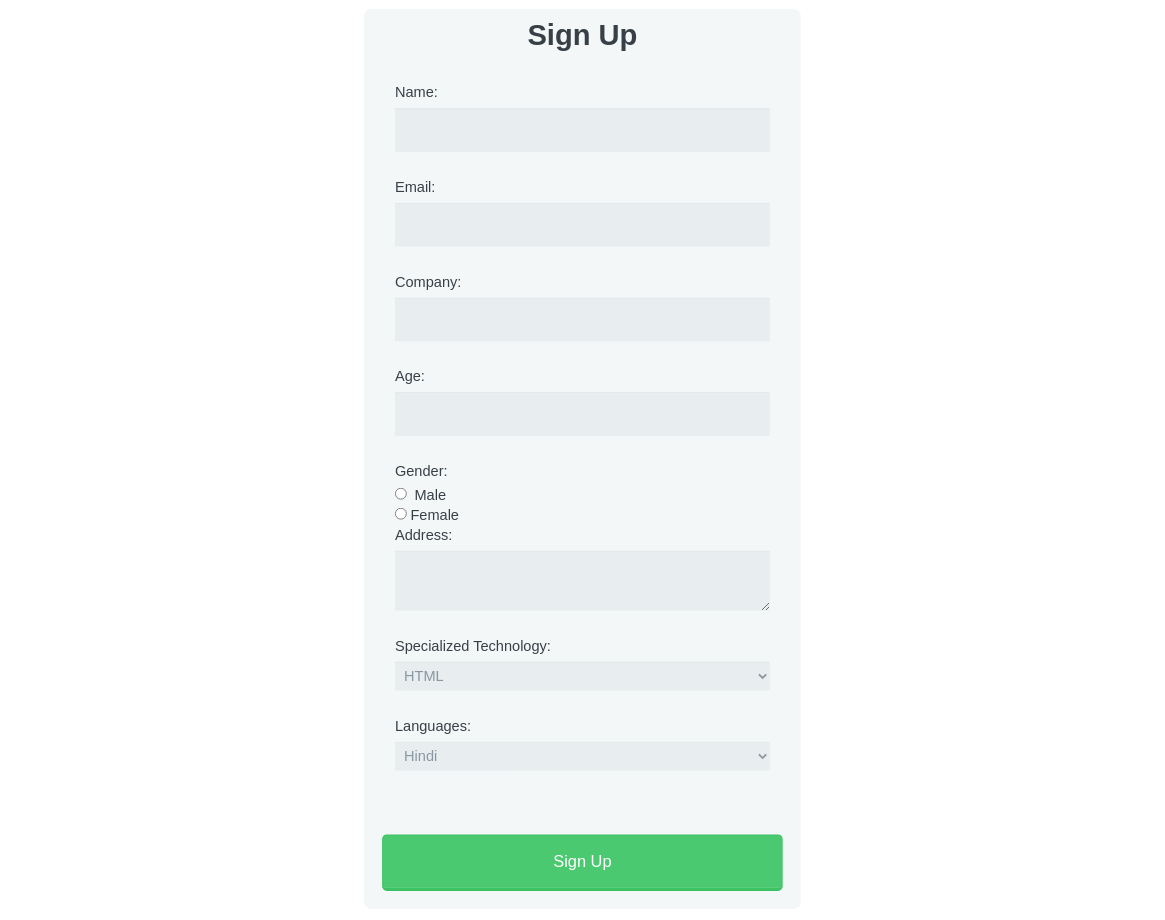
Repository: sunil965/JDBC-Servlet-JSP
Page: http://localhost/JspRegistrationTask/employee.jsp
An editor plug-in stored every save of this project. The page is shown before and after the next save, followed by the edit.
The browser window is 1280 px wide. The pictures show the whole page, at 91% of full size.
The page is served by Tomcat 9. Other server files are loaded and not shown.

Above is the page before, as saved 2017-05-04 11:08:28.

### JspRegistrationTask/WebContent/employee.jsp
<%@ page language="java" contentType="text/html; charset=UTF-8"
    pageEncoding="UTF-8"%>
<!DOCTYPE html PUBLIC "-//W3C//DTD HTML 4.01 Transitional//EN" "http://www.w3.org/TR/html4/loose.dtd">
<!-- <html>
<head>
<meta http-equiv="Content-Type" content="text/html; charset=UTF-8">
<title>employee registeration</title>

<script type="text/javascript">
function employeeValidate(){
	var name = document.getElementByName("uname").value;
	var addr = document.getElementByName("addr").value;
	var cmp = document.getElementByName("cmp").value;
	var age = document.getElementByName("age").value;
	var gender = document.getElementByName("gender").value;
	var domain = document.getElementByName("domain").value;
	var lang = document.getElementByName("lang").value;
	var x=document.getElementById("mail").value;
	var atposition=x.indexOf("@");
	var dotposition=x.lastIndexOf(".");

	if (atposition<1 || dotposition<atposition+2 || dotposition+2>=x.length){
		  alert("Please enter a valid e-mail address");
		  return false;
		  }
	if(name.length==null||name==" "||name.length<=3)
	{
	alert("Enter name");
	return false;
	}
	if(addr.length==null || addr.length==" "){
		alert("Address can't be empty !!");
		return false;
	}
	if(cmp.length==null || cmp.length==" "){
		alert("Company can't be empty !!");
		return false;
	}
	if(age.length==null || age.length==" "){
		alert("Age can't be empty !!");
		return false;
	}
	if(gender.length==null || gender.length==" "){
		alert("Gender can't be empty !!");
		return false;
	}
	if(domain.length==None || domain.length==" "){
		alert("Choose Any Technology !!");
		return false;
	}
	if(lang.length==None || lang.length==" "){
		alert("Company can't be empty !!");
		return false;
	}
	return true;
}

</script>

</head>
<body>
<div align="right"><a href="employeeDetails">Employee Details</a></div>
<div align="center">
 <h1>EMPLOYEE REGISTRATION</h1>
	<form action="employeeRegister" method="post" onsubmit="return employeeValidate()">
		UID : <input type="text" name="uid"><br><br>
		Name :<input type="text" name="uname" id="name"><br><br>
		Email_ID :<input type="email" name="mail" id="mail"><br><br>
		Address : <textarea rows="2" cols="20" name="address" id="addr"></textarea><br><br>
		Company: <input type="text" name="company" id="cmp"><br><br>
		Age : <input type="text" name="age" id="age"><br><br>
		Gender : <input type="radio" name="gender" value="male" checked id="gender"> Male
  				 <input type="radio" name="gender" value="female" id="gender"> Female<br><br><br>
		Specialized : <select name="specialized" id="domain">
						  <option value="">None</option>
						  <option value="C">C</option>
						  <option value="C++">C++</option>
						  <option value="C#">C#</option>
						  <option value="JAVA">JAVA</option>
						  <option value=".NET">.NET</option>
						  <option value="SQL">SQL</option>
						  <option value="ANDROID">ANDROID</option>
						  <option value="IOS">IOS</option>
						  <option value="PYTHON">PYTHON</option>
						  <option value="RUBY">RUBY</option>
						</select><br><br>
		Language : <select name="language" id="lang">
						  <option value="">None</option>
						  <option value="Hindi">Hindi</option>
						  <option value="English">English</option>
						  <option value="Punjabi">Punjabi</option>
						  <option value="Marathi">Marathi</option>
						  <option value="Tamil">Tamil</option>
						  <option value="Telgu">Telgu</option>
						  <option value="Bangali">Bangali</option>
						  <option value="Odia">Odia</option>
						</select><br><br>
						<input type="submit">
	</form>
  </div>
</body>
</html> -->
<html>
<head>
<title>employee_regis</title>
<style type="text/css">
*, *:before, *:after {
  -moz-box-sizing: border-box;
  -webkit-box-sizing: border-box;
  box-sizing: border-box;
}

body {
  font-family: 'Nunito', sans-serif;
  color: #384047;
}

form {
  max-width: 300px;
  margin: 10px auto;
  padding: 10px 20px;
  background: #f4f7f8;
  border-radius: 8px;
}

h1 {
  margin: 0 0 30px 0;
  text-align: center;
}

input[type="text"],
input[type="password"],
input[type="date"],
input[type="datetime"],
input[type="email"],
input[type="number"],
input[type="search"],
input[type="tel"],
input[type="time"],
input[type="url"],
textarea,
select {
  background: rgba(255,255,255,0.1);
  border: none;
  font-size: 16px;
  height: auto;
  margin: 0;
  outline: 0;
  padding: 15px;
  width: 100%;
  background-color: #e8eeef;
  color: #8a97a0;
  box-shadow: 0 1px 0 rgba(0,0,0,0.03) inset;
  margin-bottom: 30px;
}

input[type="radio"],
input[type="checkbox"] {
  margin: 0 4px 8px 0;
}

select {
  padding: 6px;
  height: 32px;
  border-radius: 2px;
}

button {
  padding: 19px 39px 18px 39px;
  color: #FFF;
  background-color: #4bc970;
  font-size: 18px;
  text-align: center;
  font-style: normal;
  border-radius: 5px;
  width: 100%;
  border: 1px solid #3ac162;
  border-width: 1px 1px 3px;
  box-shadow: 0 -1px 0 rgba(255,255,255,0.1) inset;
  margin-bottom: 10px;
}

fieldset {
  margin-bottom: 30px;
  border: none;
}

legend {
  font-size: 1.4em;
  margin-bottom: 10px;
}

label {
  display: block;
  margin-bottom: 8px;
}

label.light {
  font-weight: 300;
  display: inline;
}

@media screen and (min-width: 480px) {

  form {
    max-width: 480px;
  }

}
</style>
<script type="text/javascript"></script>
</head>
<body>
<form action="index.html" method="post">

        <h1>Sign Up</h1>

        <fieldset>
          <label for="name">Name:</label>
          <input type="text" id="name" name="user_name">

          <label for="mail">Email:</label>
          <input type="email" id="mail" name="user_email">

          <label for="password">Company:</label>
          <input type="text" id="password" name="user_password">

          <label >Age:</label>
          <input type="text" id="password" name="user_password">

          <label>Gender:</label>
          <input type="radio" id="male" value="male" name="male"><label for="under_13" class="light"> Male</label><br>
          <input type="radio" id="female" value="female" name="female"><label for="over_13" class="light">Female</label>



          <label for="bio">Address:</label>
          <textarea id="bio" name="user_bio"></textarea>


        <label for="job">Specialized Technology:</label>
        <select id="job" name="user_job">
          <optgroup label="Web">
            <option value="html">HTML</option>
            <option value="php_developor">PHP</option>
            <option value="python_developer">Python</option>
            <option value="rails_developer"> Rails</option>
            <option value="web_designer">Web Designer</option>
            <option value="WordPress_developer">WordPress Developer</option>
          </optgroup>
          <optgroup label="Mobile">
            <option value="Android_developer">Androild</option>
            <option value="iOS_developer">iOS</option>
            <option value="mobile_designer">Phone Gap</option>
          </optgroup>
          <optgroup label="Core_Tech">
            <option value="C">C</option>
            <option value="C++">C++</option>
            <option value="Java">Java</option>
            <option value=".Net">.Net</option>
          </optgroup>
        </select>

        <label for="job">Languages:</label>
        <select id="job" name="user_job">
            <option value="hindi">Hindi</option>
            <option value="english">English</option>
            <option value="Marathi">Marathi</option>
            <option value="Punjabi">Punjabi</option>
            <option value="Telgu">Telgu</option>
            <option value="Tamil">Tamil</option>
            <option value="Bengali">Bengali</option>
            <option value="Oria">Oria</option>
        </select>

          <!-- <label>Interests:</label>
          <input type="checkbox" id="development" value="interest_development" name="user_interest"><label class="light" for="development">Development</label><br>
          <input type="checkbox" id="design" value="interest_design" name="user_interest"><label class="light" for="design">Design</label><br>
          <input type="checkbox" id="business" value="interest_business" name="user_interest"><label class="light" for="business">Business</label> -->

        </fieldset>
        <button type="submit">Sign Up</button>
      </form>
</body>
</html>

After the next save:
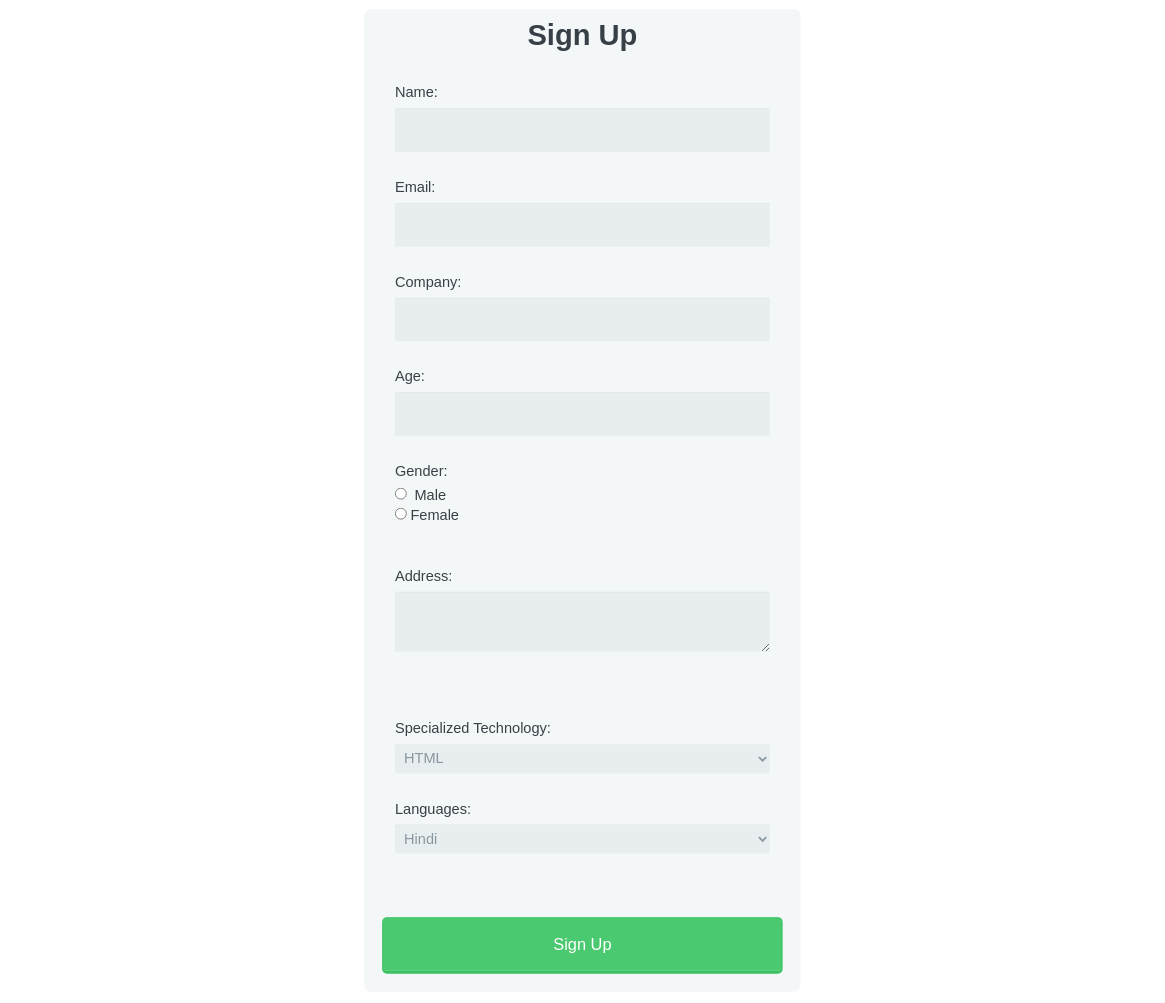
Saved 2 min 7 s later.
--- a/JspRegistrationTask/WebContent/employee.jsp
+++ b/JspRegistrationTask/WebContent/employee.jsp
@@ -232,11 +232,11 @@ label.light {
           <input type="radio" id="male" value="male" name="male"><label for="under_13" class="light"> Male</label><br>
           <input type="radio" id="female" value="female" name="female"><label for="over_13" class="light">Female</label>
 
-
+        </fieldset><fieldset>
 
           <label for="bio">Address:</label>
           <textarea id="bio" name="user_bio"></textarea>
-
+        </fieldset><fieldset>
 
         <label for="job">Specialized Technology:</label>
         <select id="job" name="user_job">
@@ -277,7 +277,6 @@ label.light {
           <input type="checkbox" id="development" value="interest_development" name="user_interest"><label class="light" for="development">Development</label><br>
           <input type="checkbox" id="design" value="interest_design" name="user_interest"><label class="light" for="design">Design</label><br>
           <input type="checkbox" id="business" value="interest_business" name="user_interest"><label class="light" for="business">Business</label> -->
-
         </fieldset>
         <button type="submit">Sign Up</button>
       </form>
